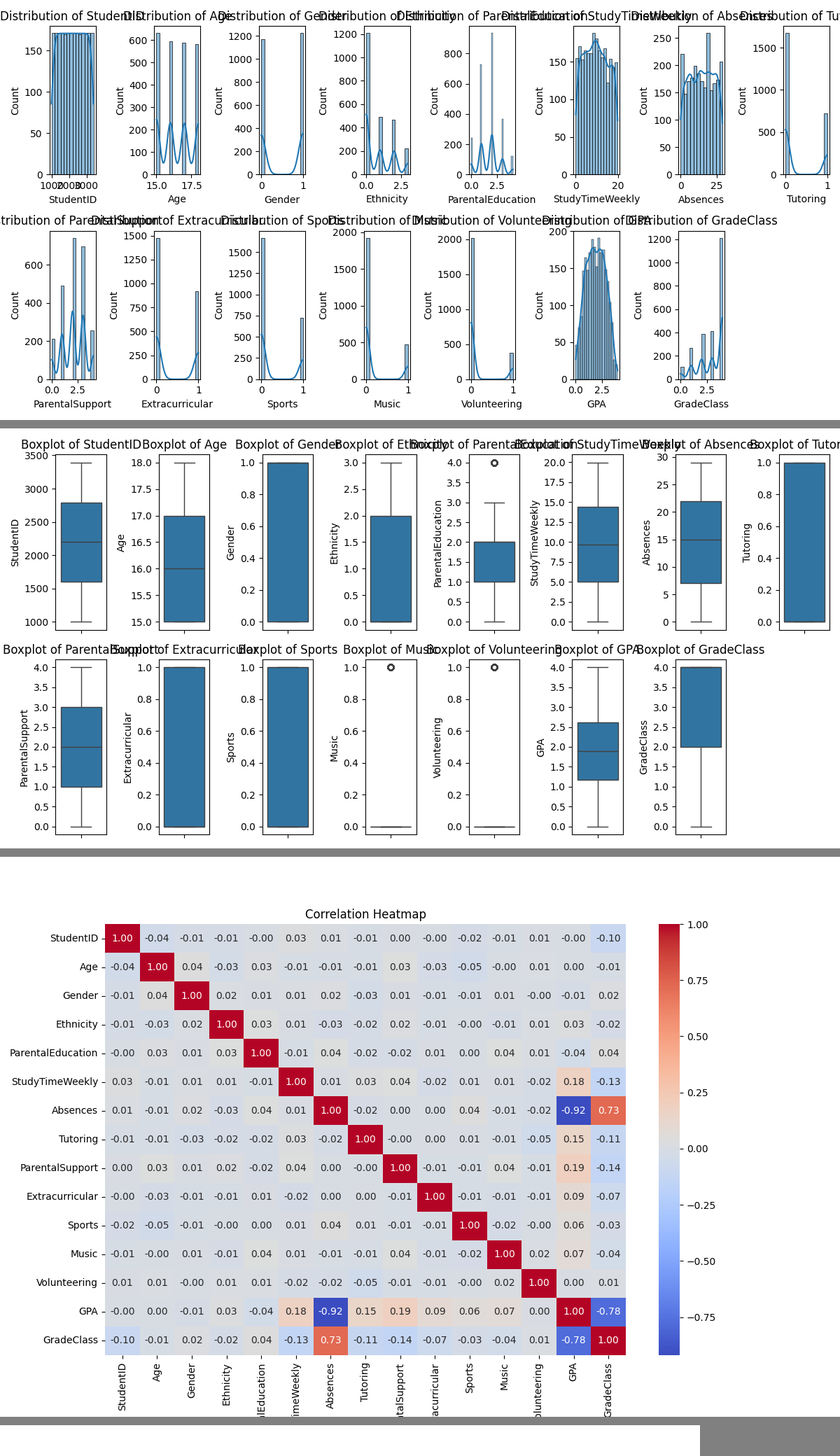
Repository: sjetti5555/GenAi
Script's output: python Training/AllDomains/fitness.py
These files come from the project's save history. The script's output is drawn as it stood at one moment and after the next save; the edit follows.
The pictures show rows 0 to 2080 of an output 3248 px tall, at 70% of full size.
Each picture stacks the figures in order, with grey between them; figures that are only written to a file come last. Random numbers start from a fixed seed.

Above is the script's output before, as saved 2024-10-24 20:31:53.

After the next save:
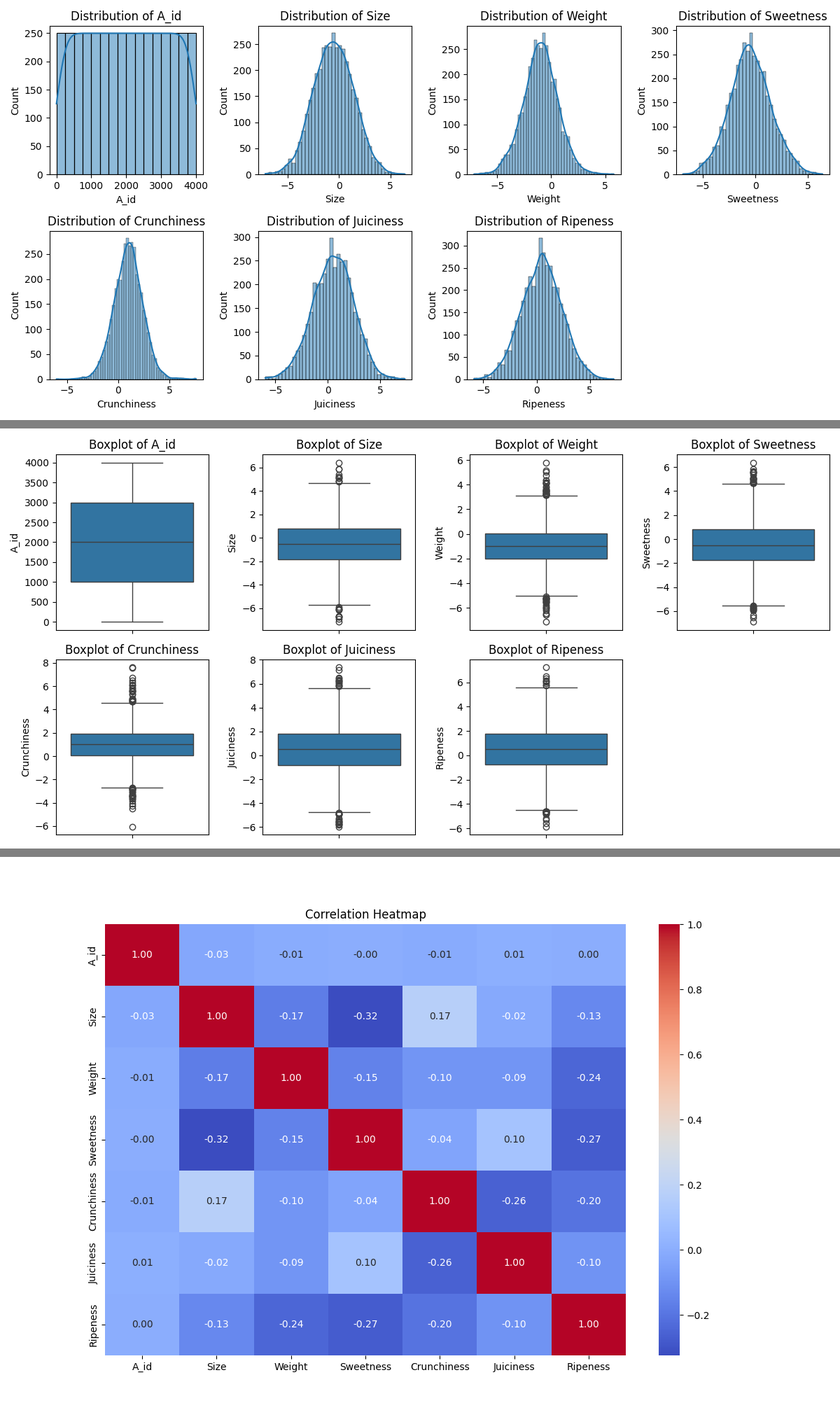
Error (its wording comes from the project's code and is left out).
Saved 43 s later.
--- a/Training/AllDomains/fitness.py
+++ b/Training/AllDomains/fitness.py
@@ -7,7 +7,7 @@ from sklearn.metrics import mean_squared_error, r2_score
 import numpy as np
 
 # Load the dataset
-file_path = r'C:\Users\srira\OneDrive\Desktop\Gen_AI\Training\AllDomains\Student_performance_data _.csv' # Update this path
+file_path = r'C:\Users\srira\OneDrive\Desktop\Gen_AI\Training\AllDomains\apple_quality.csv' # Update this path
 data = pd.read_csv(file_path)
 
 # Display the first few rows of the dataset
